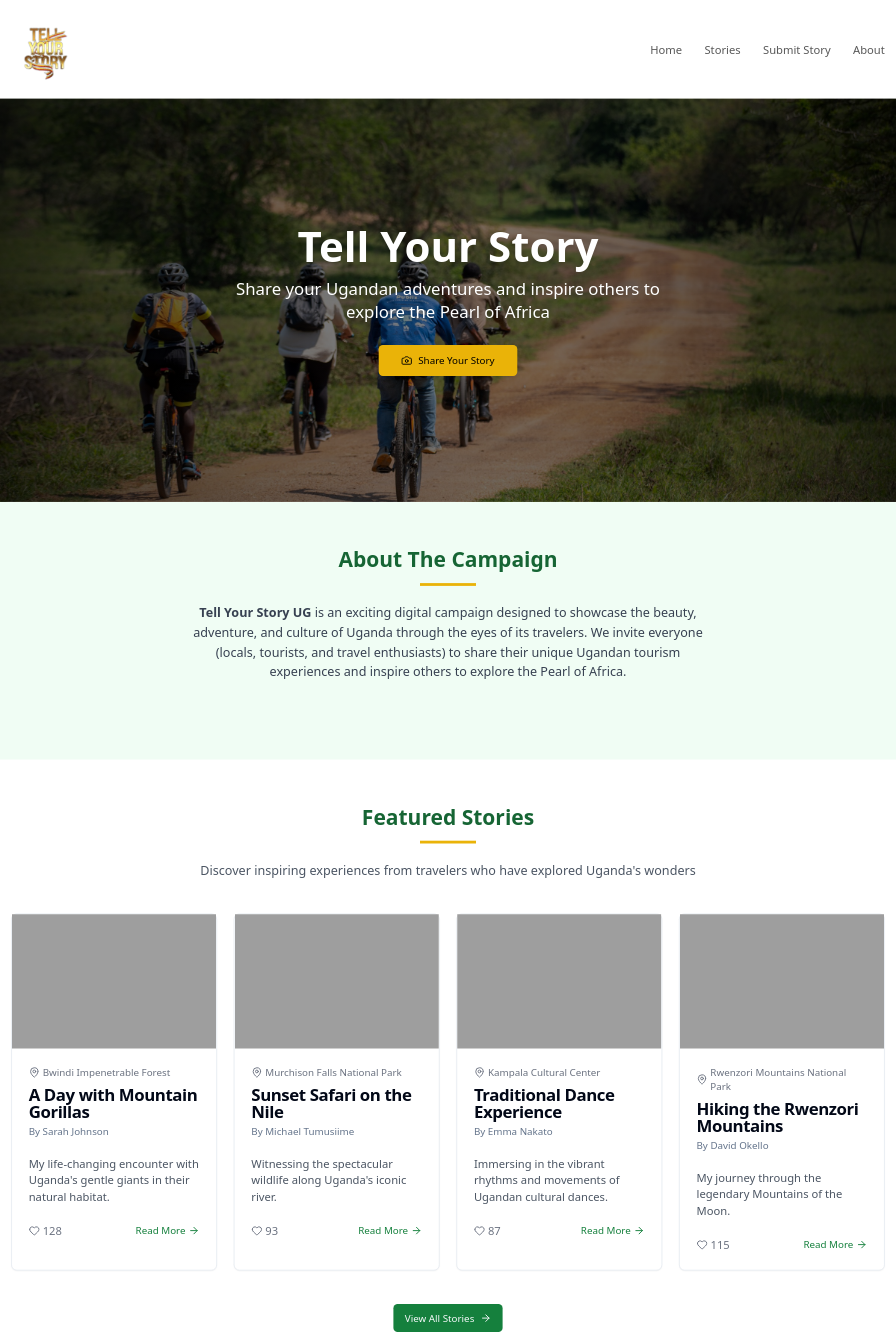
Repository: kaizoku010/take.part
Page: /
These files come from the project's save history. The page is drawn as it stood at one moment and after the next save; the edit follows.
The browser window is 1280 px wide. The pictures show the part of the page from y = 0 to 1920 px (the page is 3364 px tall), at 70% of full size.
Pictures or frames that could not be fetched are drawn as grey boxes. The project was rebuilt for these pictures with package versions that can differ from the ones it lists, and the page was loaded fresh each time. Also part of the build but not shown: vite.config.ts, src/components/ui/tooltip.tsx, src/pages/About.tsx, src/components/ui/input.tsx, src/pages/Stories.tsx, src/pages/StoryDetail.tsx, src/components/ui/use-toast.ts, src/components/ui/label.tsx and 3 more.

Above is the page before, as saved 2025-04-14 14:09:21.

### index.html

<!DOCTYPE html>
<html lang="en">
  <head>
    <meta charset="UTF-8" />
    <meta name="viewport" content="width=device-width, initial-scale=1.0" />
    <title>Tell Your Story UG - Explore Uganda</title>
    <meta name="description" content="Share your Ugandan tourism experiences and inspire others to explore the Pearl of Africa" />
    <meta name="author" content="Explore Uganda Campaign" />

    <meta property="og:title" content="Tell Your Story UG - Explore Uganda" />
    <meta property="og:description" content="Share your Ugandan tourism experiences and inspire others to explore the Pearl of Africa" />
    <meta property="og:type" content="website" />
    <meta property="og:image" content="https://lovable.dev/opengraph-image-p98pqg.png" />

    <meta name="twitter:card" content="summary_large_image" />
    <meta name="twitter:site" content="@lovable_dev" />
    <meta name="twitter:image" content="https://lovable.dev/opengraph-image-p98pqg.png" />

    <!-- Meta Pixel Code -->
    <script>
    !function(f,b,e,v,n,t,s)
    {if(f.fbq)return;n=f.fbq=function(){n.callMethod?
    n.callMethod.apply(n,arguments):n.queue.push(arguments)};
    if(!f._fbq)f._fbq=n;n.push=n;n.loaded=!0;n.version='2.0';
    n.queue=[];t=b.createElement(e);t.async=!0;
    t.src=v;s=b.getElementsByTagName(e)[0];
    s.parentNode.insertBefore(t,s)}(window, document,'script',
    'https://connect.facebook.net/en_US/fbevents.js');
    fbq('init', '1846327909352916');
    fbq('track', 'PageView');
    </script>
    <!-- End Meta Pixel Code -->
  </head>

  <body>
    <div id="root"></div>
    <!-- Facebook Pixel noscript -->
    <noscript><img height="1" width="1" style="display:none"
    src="https://www.facebook.com/tr?id=1846327909352916&ev=PageView&noscript=1"
    /></noscript>
    <!-- IMPORTANT: DO NOT REMOVE THIS SCRIPT TAG OR THIS VERY COMMENT! -->
    <script src="https://cdn.gpteng.co/gptengineer.js" type="module"></script>
    <script type="module" src="/src/main.tsx"></script>
  </body>
</html>

### src/App.tsx

import { Toaster } from "@/components/ui/toaster";
import { Toaster as Sonner } from "@/components/ui/sonner";
import { TooltipProvider } from "@/components/ui/tooltip";
import { QueryClient, QueryClientProvider } from "@tanstack/react-query";
import { BrowserRouter, Routes, Route } from "react-router-dom";
import Home from "./pages/Home";
import About from "./pages/About";
import Stories from "./pages/Stories";
import StoryDetail from "./pages/StoryDetail";
import SubmitStory from "./pages/SubmitStory";
import NotFound from "./pages/NotFound";
import "./mdx.css";

const queryClient = new QueryClient();

const App = () => (
  <QueryClientProvider client={queryClient}>
    <TooltipProvider>
      <Toaster />
      <Sonner />
      <BrowserRouter>
        <Routes>
          <Route path="/" element={<Home />} />
          <Route path="/about" element={<About />} />
          <Route path="/stories" element={<Stories />} />
          <Route path="/stories/:id" element={<StoryDetail />} />
          <Route path="/submit-story" element={<SubmitStory />} />
          {/* ADD ALL CUSTOM ROUTES ABOVE THE CATCH-ALL "*" ROUTE */}
          <Route path="*" element={<NotFound />} />
        </Routes>
      </BrowserRouter>
    </TooltipProvider>
  </QueryClientProvider>
);

export default App;

### src/components/ui/toaster.tsx
import { useToast } from "@/hooks/use-toast"
import {
  Toast,
  ToastClose,
  ToastDescription,
  ToastProvider,
  ToastTitle,
  ToastViewport,
} from "@/components/ui/toast"

export function Toaster() {
  const { toasts } = useToast()

  return (
    <ToastProvider>
      {toasts.map(function ({ id, title, description, action, ...props }) {
        return (
          <Toast key={id} {...props}>
            <div className="grid gap-1">
              {title && <ToastTitle>{title}</ToastTitle>}
              {description && (
                <ToastDescription>{description}</ToastDescription>
              )}
            </div>
            {action}
            <ToastClose />
          </Toast>
        )
      })}
      <ToastViewport />
    </ToastProvider>
  )
}

### src/components/ui/sonner.tsx
import { useTheme } from "next-themes"
import { Toaster as Sonner, toast } from "sonner"

type ToasterProps = React.ComponentProps<typeof Sonner>

const Toaster = ({ ...props }: ToasterProps) => {
  const { theme = "system" } = useTheme()

  return (
    <Sonner
      theme={theme as ToasterProps["theme"]}
      className="toaster group"
      toastOptions={{
        classNames: {
          toast:
            "group toast group-[.toaster]:bg-background group-[.toaster]:text-foreground group-[.toaster]:border-border group-[.toaster]:shadow-lg",
          description: "group-[.toast]:text-muted-foreground",
          actionButton:
            "group-[.toast]:bg-primary group-[.toast]:text-primary-foreground",
          cancelButton:
            "group-[.toast]:bg-muted group-[.toast]:text-muted-foreground",
        },
      }}
      {...props}
    />
  )
}

export { Toaster, toast }

### src/pages/Home.tsx

import { ArrowRight, Camera, MapPin, Heart } from "lucide-react";
import { Link } from "react-router-dom";
import { Button } from "@/components/ui/button";
import { Card, CardContent, CardDescription, CardFooter, CardHeader, CardTitle } from "@/components/ui/card";
import { Carousel, CarouselContent, CarouselItem, CarouselNext, CarouselPrevious } from "@/components/ui/carousel";
import Layout from "@/components/layout/Layout";
import Bikes from "../media/hero.jpg";

// Featured story data (in a real app, this would come from an API)
const featuredStories = [
  {
    id: 1,
    title: "A Day with Mountain Gorillas",
    location: "Bwindi Impenetrable Forest",
    author: "Sarah Johnson",
    excerpt: "My life-changing encounter with Uganda's gentle giants in their natural habitat.",
    image: "https://images.unsplash.com/photo-1509316975850-ff9c5deb0cd9?ixlib=rb-4.0.3&ixid=M3wxMjA3fDB8MHxwaG90by1wYWdlfHx8fGVufDB8fHx8fA%3D%3D&auto=format&fit=crop&w=2000&q=80",
    likes: 128
  },
  {
    id: 2,
    title: "Sunset Safari on the Nile",
    location: "Murchison Falls National Park",
    author: "Michael Tumusiime",
    excerpt: "Witnessing the spectacular wildlife along Uganda's iconic river.",
    image: "https://images.unsplash.com/photo-1433086966358-54859d0ed716?ixlib=rb-4.0.3&ixid=M3wxMjA3fDB8MHxwaG90by1wYWdlfHx8fGVufDB8fHx8fA%3D%3D&auto=format&fit=crop&w=2000&q=80",
    likes: 93
  },
  {
    id: 3,
    title: "Traditional Dance Experience",
    location: "Kampala Cultural Center",
    author: "Emma Nakato",
    excerpt: "Immersing in the vibrant rhythms and movements of Ugandan cultural dances.",
    image: "https://images.unsplash.com/photo-1518495973542-4542c06a5843?ixlib=rb-4.0.3&ixid=M3wxMjA3fDB8MHxwaG90by1wYWdlfHx8fGVufDB8fHx8fA%3D%3D&auto=format&fit=crop&w=2000&q=80",
    likes: 87
  },
  {
    id: 4,
    title: "Hiking the Rwenzori Mountains",
    location: "Rwenzori Mountains National Park",
    author: "David Okello",
    excerpt: "My journey through the legendary Mountains of the Moon.",
    image: "https://images.unsplash.com/photo-1469474968028-56623f02e42e?ixlib=rb-4.0.3&ixid=M3wxMjA3fDB8MHxwaG90by1wYWdlfHx8fGVufDB8fHx8fA%3D%3D&auto=format&fit=crop&w=2000&q=80",
    likes: 115
  }
];

const Home = () => {
  return (
    <Layout>
      {/* Hero Section */}
      <section className="relative h-[80vh] bg-cover bg-center flex items-center"
        style={{
          backgroundImage: `linear-gradient(rgba(0,0,0,0.5), rgba(0,0,0,0.5)), url(${Bikes})`
        }}>
        <div className="container mx-auto px-4 text-center text-white">
          <h1 className="text-4xl md:text-6xl font-bold mb-4 drop-shadow-lg">Tell Your Story</h1>
          <p id="hero-text" className="text-xl md:text-2xl mb-8 max-w-2xl mx-auto drop-shadow-md">
            Share your Ugandan adventures and inspire others to explore the Pearl of Africa
          </p>
          <div className="flex flex-col sm:flex-row gap-4 justify-center">
            <Button size="lg" className="bg-yellow-500 hover:bg-yellow-600 text-black">
              <Link to="/submit-story" className="flex items-center gap-2">
                <Camera size={20} />
                Share Your Story
              </Link>
            </Button>
            {/* <Button size="lg" variant="outline" className="text-white border-white hover:bg-white/10">
              <Link to="/stories" className="flex items-center gap-2">
                Browse Stories
                <ArrowRight size={20} />
              </Link>
            </Button> */}
          </div>
        </div>
      </section>

      {/* About Section */}
      <section className="py-16 bg-green-50">
        <div className="container mx-auto px-4">
          <div className="text-center mb-12">
            <h2 className="text-3xl font-bold text-green-800 mb-4">About The Campaign</h2>
            <div className="w-20 h-1 bg-yellow-500 mx-auto mb-6"></div>
            <p className="text-lg max-w-3xl mx-auto text-gray-700">
              <strong>Tell Your Story UG</strong> is an exciting digital campaign designed
              to showcase the beauty, adventure, and culture of Uganda
              through the eyes of its travelers. We invite everyone (locals, tourists, and travel enthusiasts)
              to share their unique Ugandan tourism experiences and
              inspire others to explore the Pearl of Africa.
            </p>
          </div>
        </div>
      </section>

      {/* Featured Stories Section */}
      <section className="py-16">
        <div className="container mx-auto px-4">
          <div className="text-center mb-12">
            <h2 className="text-3xl font-bold text-green-800 mb-4">Featured Stories</h2>
            <div className="w-20 h-1 bg-yellow-500 mx-auto mb-6"></div>
            <p className="text-lg max-w-3xl mx-auto text-gray-600">
              Discover inspiring experiences from travelers who have explored Uganda's wonders
            </p>
          </div>

          <div className="grid grid-cols-1 md:grid-cols-2 lg:grid-cols-4 gap-6">
            {featuredStories.map((story) => (
              <Card key={story.id} className="hover:-translate-y-1 transition-transform duration-300">
                <div className="h-48 overflow-hidden">
                  <img
                    src={story.image}
                    alt={story.title}
                    className="w-full h-full object-cover hover:scale-105 transition-transform duration-500"
                  />
                </div>
                <CardHeader>
                  <div className="flex items-center text-sm text-gray-500 mb-1">
                    <MapPin size={16} className="mr-1" /> {story.location}
                  </div>
                  <CardTitle>{story.title}</CardTitle>
                  <CardDescription>By {story.author}</CardDescription>
                </CardHeader>
                <CardContent>
                  <p className="text-gray-600">{story.excerpt}</p>
                </CardContent>
                <CardFooter className="flex justify-between">
                  <div className="flex items-center text-gray-500">
                    <Heart size={16} className="mr-1" /> {story.likes}
                  </div>
                  <Link to={`/stories/${story.id}`} className="text-green-700 hover:text-green-800 font-medium text-sm flex items-center">
                    Read More <ArrowRight size={16} className="ml-1" />
                  </Link>
                </CardFooter>
              </Card>
            ))}
          </div>

          <div className="text-center mt-12">
            <Button className="bg-green-700 hover:bg-green-800">
              <Link to="/stories" className="flex items-center gap-2">
                View All Stories
                <ArrowRight size={20} />
              </Link>
            </Button>
          </div>
        </div>
      </section>

      {/* Carousel */}
      <section className="py-16 bg-green-800 text-white">
        <div className="container mx-auto px-4">
          <div className="text-center mb-12">
            <h2 className="text-3xl font-bold mb-4">Uganda's Natural Beauty</h2>
            <div className="w-20 h-1 bg-yellow-500 mx-auto mb-6"></div>
            <p className="text-lg max-w-3xl mx-auto text-gray-200">
              Explore stunning images from across the Pearl of Africa
            </p>
          </div>

          <Carousel className="max-w-4xl mx-auto">
            <CarouselContent>
              <CarouselItem>
                <div className="p-1">
                  <div className="overflow-hidden rounded-lg h-96">
                    <img
                      src="https://images.unsplash.com/photo-1482938289607-e9573fc25ebb?ixlib=rb-4.0.3&ixid=M3wxMjA3fDB8MHxwaG90by1wYWdlfHx8fGVufDB8fHx8fA%3D%3D&auto=format&fit=crop&w=2000&q=80"
                      alt="Uganda landscape"
                      className="w-full h-full object-cover"
                    />
                  </div>
                  <div className="text-center mt-4">
                    <h3 className="text-xl font-medium">The Nile River at Sunset</h3>
                    <p className="text-gray-300">Jinja, Eastern Uganda</p>
                  </div>
                </div>
              </CarouselItem>
              <CarouselItem>
                <div className="p-1">
                  <div className="overflow-hidden rounded-lg h-96">
                    <img
                      src="https://images.unsplash.com/photo-1504893524553-b855bce32c67?ixlib=rb-4.0.3&ixid=M3wxMjA3fDB8MHxwaG90by1wYWdlfHx8fGVufDB8fHx8fA%3D%3D&auto=format&fit=crop&w=2000&q=80"
                      alt="Uganda landscape"
                      className="w-full h-full object-cover"
                    />
                  </div>
                  <div className="text-center mt-4">
                    <h3 className="text-xl font-medium">Murchison Falls</h3>
                    <p className="text-gray-300">Murchison Falls National Park</p>
                  </div>
                </div>
              </CarouselItem>
              <CarouselItem>
                <div className="p-1">
                  <div className="overflow-hidden rounded-lg h-96">
                    <img
                      src="https://images.unsplash.com/photo-1615729947596-a598e5de0ab3?ixlib=rb-4.0.3&ixid=M3wxMjA3fDB8MHxwaG90by1wYWdlfHx8fGVufDB8fHx8fA%3D%3D&auto=format&fit=crop&w=2000&q=80"
                      alt="Uganda landscape"
                      className="w-full h-full object-cover"
                    />
                  </div>
                  <div className="text-center mt-4">
                    <h3 className="text-xl font-medium">Scenic Mountain Views</h3>
                    <p className="text-gray-300">Rwenzori Mountains</p>
                  </div>
                </div>
              </CarouselItem>
            </CarouselContent>
            <CarouselPrevious className="left-2" />
            <CarouselNext className="right-2" />
          </Carousel>
        </div>
      </section>

      {/* Call to Action */}
      <section className="py-20 bg-yellow-400">
        <div className="container mx-auto px-4 text-center">
          <h2 className="text-3xl font-bold text-green-900 mb-6">Ready to Share Your Uganda Experience?</h2>
          <p className="text-xl text-green-800 mb-8 max-w-2xl mx-auto">
            Join our community of storytellers and help others discover the beauty of Uganda
          </p>
          <Button size="lg" className="bg-green-800 hover:bg-green-900">
            <Link to="/submit-story" className="flex items-center gap-2">
              Start Sharing Now
              <ArrowRight size={20} />
            </Link>
          </Button>
        </div>
      </section>
    </Layout>
  );
};

export default Home;

### src/mdx.css
/* #hero-text{
    font-size: medium !important;
} */

#logo{
    width: 6rem !important;
}

#link{
    font-weight: 500;
color:rgba(0, 0, 0, 0.658) !important;
}

### src/components/ui/button.tsx
import * as React from "react"
import { Slot } from "@radix-ui/react-slot"
import { cva, type VariantProps } from "class-variance-authority"

import { cn } from "@/lib/utils"

const buttonVariants = cva(
  "inline-flex items-center justify-center gap-2 whitespace-nowrap rounded-md text-sm font-medium ring-offset-background transition-colors focus-visible:outline-none focus-visible:ring-2 focus-visible:ring-ring focus-visible:ring-offset-2 disabled:pointer-events-none disabled:opacity-50 [&_svg]:pointer-events-none [&_svg]:size-4 [&_svg]:shrink-0",
  {
    variants: {
      variant: {
        default: "bg-primary text-primary-foreground hover:bg-primary/90",
        destructive:
          "bg-destructive text-destructive-foreground hover:bg-destructive/90",
        outline:
          "border border-input bg-background hover:bg-accent hover:text-accent-foreground",
        secondary:
          "bg-secondary text-secondary-foreground hover:bg-secondary/80",
        ghost: "hover:bg-accent hover:text-accent-foreground",
        link: "text-primary underline-offset-4 hover:underline",
      },
      size: {
        default: "h-10 px-4 py-2",
        sm: "h-9 rounded-md px-3",
        lg: "h-11 rounded-md px-8",
        icon: "h-10 w-10",
      },
    },
    defaultVariants: {
      variant: "default",
      size: "default",
    },
  }
)

export interface ButtonProps
  extends React.ButtonHTMLAttributes<HTMLButtonElement>,
    VariantProps<typeof buttonVariants> {
  asChild?: boolean
}

const Button = React.forwardRef<HTMLButtonElement, ButtonProps>(
  ({ className, variant, size, asChild = false, ...props }, ref) => {
    const Comp = asChild ? Slot : "button"
    return (
      <Comp
        className={cn(buttonVariants({ variant, size, className }))}
        ref={ref}
        {...props}
      />
    )
  }
)
Button.displayName = "Button"

export { Button, buttonVariants }

### src/components/ui/card.tsx
import * as React from "react"

import { cn } from "@/lib/utils"

const Card = React.forwardRef<
  HTMLDivElement,
  React.HTMLAttributes<HTMLDivElement>
>(({ className, ...props }, ref) => (
  <div
    ref={ref}
    className={cn(
      "rounded-lg border bg-card text-card-foreground shadow-sm",
      className
    )}
    {...props}
  />
))
Card.displayName = "Card"

const CardHeader = React.forwardRef<
  HTMLDivElement,
  React.HTMLAttributes<HTMLDivElement>
>(({ className, ...props }, ref) => (
  <div
    ref={ref}
    className={cn("flex flex-col space-y-1.5 p-6", className)}
    {...props}
  />
))
CardHeader.displayName = "CardHeader"

const CardTitle = React.forwardRef<
  HTMLParagraphElement,
  React.HTMLAttributes<HTMLHeadingElement>
>(({ className, ...props }, ref) => (
  <h3
    ref={ref}
    className={cn(
      "text-2xl font-semibold leading-none tracking-tight",
      className
    )}
    {...props}
  />
))
CardTitle.displayName = "CardTitle"

const CardDescription = React.forwardRef<
  HTMLParagraphElement,
  React.HTMLAttributes<HTMLParagraphElement>
>(({ className, ...props }, ref) => (
  <p
    ref={ref}
    className={cn("text-sm text-muted-foreground", className)}
    {...props}
  />
))
CardDescription.displayName = "CardDescription"

const CardContent = React.forwardRef<
  HTMLDivElement,
  React.HTMLAttributes<HTMLDivElement>
>(({ className, ...props }, ref) => (
  <div ref={ref} className={cn("p-6 pt-0", className)} {...props} />
))
CardContent.displayName = "CardContent"

const CardFooter = React.forwardRef<
  HTMLDivElement,
  React.HTMLAttributes<HTMLDivElement>
>(({ className, ...props }, ref) => (
  <div
    ref={ref}
    className={cn("flex items-center p-6 pt-0", className)}
    {...props}
  />
))
CardFooter.displayName = "CardFooter"

export { Card, CardHeader, CardFooter, CardTitle, CardDescription, CardContent }

### src/components/layout/Layout.tsx

import { ReactNode } from "react";
import Header from "./Header";
import Footer from "./Footer";

interface LayoutProps {
  children: ReactNode;
}

const Layout = ({ children }: LayoutProps) => {
  return (
    <div className="flex flex-col min-h-screen">
      <Header />
      <main className="flex-grow">
        {children}
      </main>
      <Footer />
    </div>
  );
};

export default Layout;

Loaded but not shown: src/main.tsx (common file); src/hooks/use-toast.ts (common file); src/lib/utils.ts (common file); src/components/ui/carousel.tsx (260 lines, source omitted); src/components/ui/toast.tsx (127 lines, source omitted); src/components/layout/Header.tsx (84 lines, source omitted); src/components/layout/Footer.tsx (54 lines, source omitted); tailwind.config.ts (98 lines, source omitted); src/index.css (104 lines, source omitted)

After the next save:
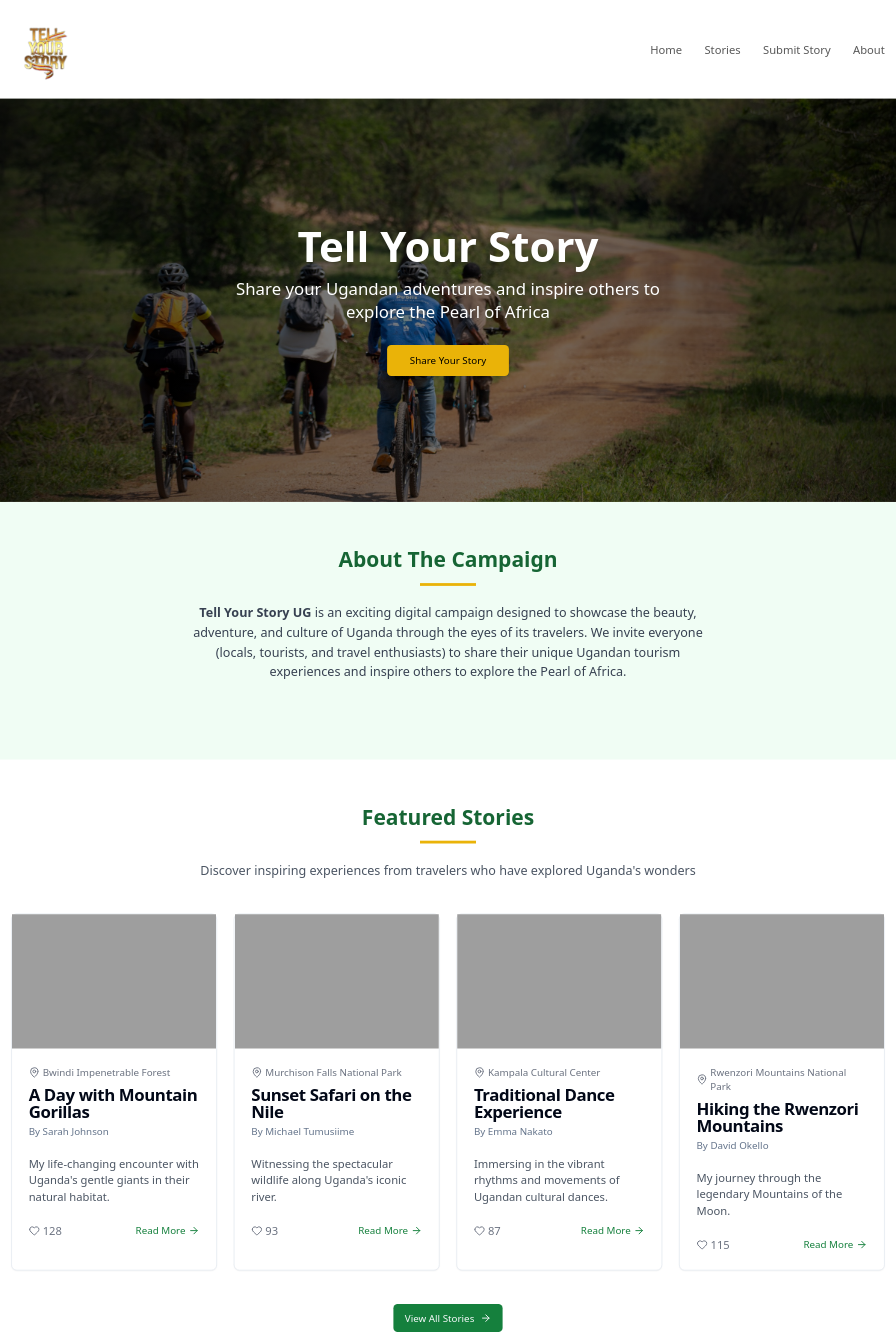
Saved 28 s later.
--- a/src/pages/Home.tsx
+++ b/src/pages/Home.tsx
@@ -63,7 +63,7 @@ const Home = () => {
           <div className="flex flex-col sm:flex-row gap-4 justify-center">
             <Button size="lg" className="bg-yellow-500 hover:bg-yellow-600 text-black">
               <Link to="/submit-story" className="flex items-center gap-2">
-                <Camera size={20} />
+                {/* <Camera size={20} /> */}
                 Share Your Story
               </Link>
             </Button>
